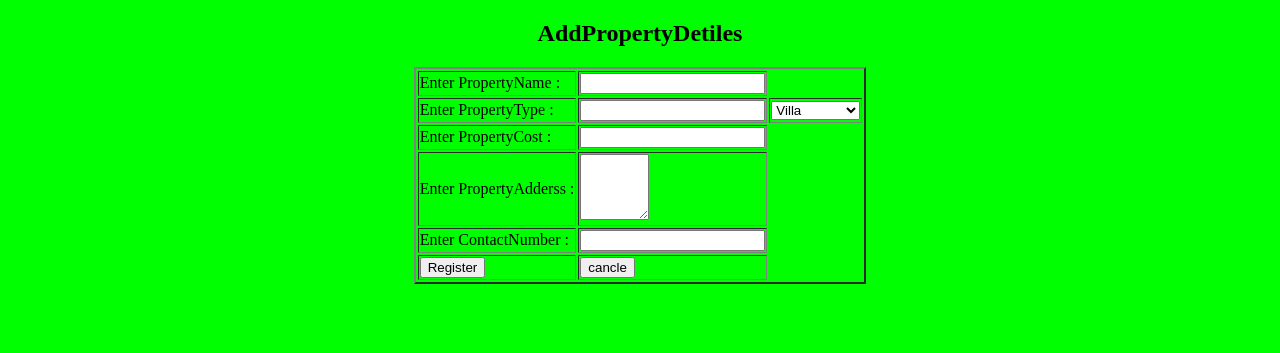
Repository: khadri2021/A2023_Task_Property_Management
Page: http://localhost/AdderssMakersWeb/Add.jsp
These files come from the project's save history. The page is drawn as it stood at one moment and after the next save; the edit follows.
The browser window is 1280 px wide. The pictures show the whole page.
The page is served by Tomcat 9. Other server files are loaded and not shown.

Above is the page before, as saved 2024-02-11 11:45:36.

### AdderssMakersWeb/WebContent/Add.jsp
<%@ page language="java" contentType="text/html; charset=ISO-8859-1"
    pageEncoding="ISO-8859-1"%>
<!DOCTYPE html>
<html>
<head>
<meta charset="ISO-8859-1">
<title>ADD PropertyDetiles</title>
</head>
<body bgcolor ="#00FF00">
<dev align=center>
 <h2>AddPropertyDetiles</h2>
 </dev>
 <center>
<table border="2">
<tr>
<td>Enter PropertyName :</td>
<td><input type="text" name="ProName"></td>

</tr>
<tr>
<td>Enter PropertyType :</td>
<td><input type="text" name="ProType"></td>
<td>
<select name="Types">
<option value="Villa">Villa
<option value="Gesthouse">GestHouse
<option value="Villa">Villa
<option value="Villa">Villa
<option value="House">House
</td>



</select>






</td>
</tr>
<tr>
<td>Enter PropertyCost :</td>
<td><input type="text" name="ProCost"></td>
</tr>
<tr>
<td>Enter PropertyAdderss :</td>
<td><textarea rows="4" cols="6"></textarea></td>
</tr>
<tr>
<td>Enter ContactNumber :</td>
<td><input type="number" name="con"></td>
</tr>
<tr><td> <input type="button" value="Register"></td><td> <input type="button" value="cancle"></td></tr>


</table>
</center>
</body>
</html>

After the next save:
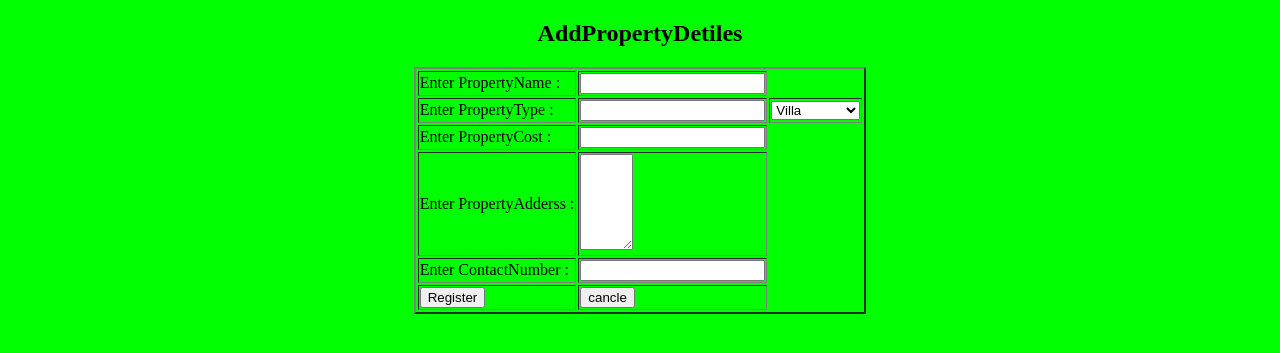
Saved 41 s later.
--- a/AdderssMakersWeb/WebContent/Add.jsp
+++ b/AdderssMakersWeb/WebContent/Add.jsp
@@ -46,7 +46,7 @@
 </tr>
 <tr>
 <td>Enter PropertyAdderss :</td>
-<td><textarea rows="4" cols="6"></textarea></td>
+<td><textarea rows="6" cols="4"></textarea></td>
 </tr>
 <tr>
 <td>Enter ContactNumber :</td>
